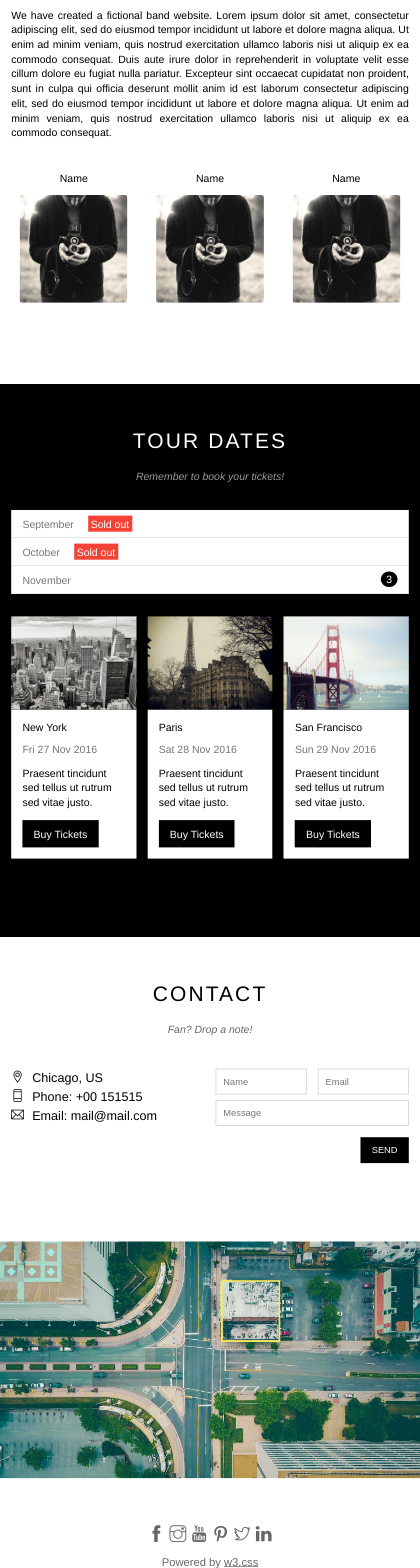
Repository: qhoa25623/The-Band
Page: index.html
An editor plug-in stored every save of this project. The page is shown before and after a run of saves, followed by the edit.
The browser window is 600 px wide. The pictures show the part of the page from y = 501 to 2741 px (the page is 2806 px tall before and 3276 px after), at 70% of full size.

Above is the page before, as saved 2022-05-06 23:24:52.

### index.html
<!DOCTYPE html>
<html lang="en">
  <head>
    <meta charset="UTF-8" />
    <meta http-equiv="X-UA-Compatible" content="IE=edge" />
    <meta name="viewport" content="width=device-width, initial-scale=1.0" />
    <title>The Band</title>
    <link rel="stylesheet" href="./assets/css/styles.css" />
    <link rel="stylesheet" href="./assets/css/responsive.css" />
    <link
      rel="stylesheet"
      href="./assets/fonts/themify-icons/themify-icons.css"
    />
  </head>
  <body>
    <div id="main">
      <div id="header">
        <ul id="nav">
          <li><a href="#">Home</a></li>
          <li><a href="#band">Band</a></li>
          <li><a href="#tour">Tour</a></li>
          <li><a href="#contact">Contact</a></li>
          <li>
            <a href="#">
              More
              <i class="nav-arrow-down ti-angle-down"></i>
            </a>
            <ul class="subnav">
              <li><a href="#">Merchandise</a></li>
              <li><a href="#">Extras</a></li>
              <li><a href="#">Media</a></li>
            </ul>
          </li>
        </ul>
        <div class="search-btn">
          <i class="search-icon ti-search"></i>
        </div>

        <div id="mobile-menu" class="mobile-menu-btn">
          <i class="menu-icon ti-menu"></i>
        </div>
      </div>
      <div id="slider">
        <div class="text-content">
          <h2 class="text-heading">Chicago</h2>
          <div class="text-description">
            Thank you, Chicago - A night we won't forget
          </div>
        </div>
      </div>
      <div id="content">
        <!-- About section-->
        <div id="band" class="content-section">
          <h2 class="section-heading">THE BAND</h2>
          <p class="section-sub-heading">We love music</p>
          <p class="about-text">
            We have created a fictional band website. Lorem ipsum dolor sit
            amet, consectetur adipiscing elit, sed do eiusmod tempor incididunt
            ut labore et dolore magna aliqua. Ut enim ad minim veniam, quis
            nostrud exercitation ullamco laboris nisi ut aliquip ex ea commodo
            consequat. Duis aute irure dolor in reprehenderit in voluptate velit
            esse cillum dolore eu fugiat nulla pariatur. Excepteur sint occaecat
            cupidatat non proident, sunt in culpa qui officia deserunt mollit
            anim id est laborum consectetur adipiscing elit, sed do eiusmod
            tempor incididunt ut labore et dolore magna aliqua. Ut enim ad minim
            veniam, quis nostrud exercitation ullamco laboris nisi ut aliquip ex
            ea commodo consequat.
          </p>
          <div class="row member-list">
            <div class="member-item col col-third text-center">
              <p class="member-name">Name</p>
              <img
                src="./assets/img/band/member1.jpg"
                alt="Name"
                class="member-img"
              />
            </div>
            <div class="member-item col col-third text-center">
              <p class="member-name">Name</p>
              <img
                src="./assets/img/band/member1.jpg"
                alt="Name"
                class="member-img"
              />
            </div>
            <div class="member-item col col-third text-center">
              <p class="member-name">Name</p>
              <img
                src="./assets/img/band/member1.jpg"
                alt="Name"
                class="member-img"
              />
            </div>
          </div>
        </div>

        <!-- Tour section-->
        <div id="tour" class="tour-section">
          <div class="content-section">
            <h2 class="section-heading text-white">TOUR DATES</h2>
            <p class="section-sub-heading text-white">
              Remember to book your tickets!
            </p>
            <ul class="tickets-list">
              <li>September <span class="sold-out">Sold out</span></li>
              <li>October <span class="sold-out">Sold out</span></li>
              <li>November <span class="quantity">3</span></li>
            </ul>
            <!-- Places-->
            <div class="row places-list">
              <div class="col col-third">
                <img
                  src="./assets/img/places/place1.jpg"
                  alt="New York"
                  class="place-img"
                />
                <div class="place-body">
                  <h3 class="place-heading">New York</h3>
                  <p class="place-time">Fri 27 Nov 2016</p>
                  <p class="place-desc">
                    Praesent tincidunt sed tellus ut rutrum sed vitae justo.
                  </p>
                  <a href="#" class="btn">Buy Tickets</a>
                </div>
              </div>

              <div class="col col-third">
                <img
                  src="./assets/img/places/place2.jpg"
                  alt="New York"
                  class="place-img"
                />
                <div class="place-body">
                  <h3 class="place-heading">Paris</h3>
                  <p class="place-time">Sat 28 Nov 2016</p>
                  <p class="place-desc">
                    Praesent tincidunt sed tellus ut rutrum sed vitae justo.
                  </p>
                  <a href="#" class="btn">Buy Tickets</a>
                </div>
              </div>

              <div class="col col-third">
                <img
                  src="./assets/img/places/place3.jpg"
                  alt="New York"
                  class="place-img"
                />
                <div class="place-body">
                  <h3 class="place-heading">San Francisco</h3>
                  <p class="place-time">Sun 29 Nov 2016</p>
                  <p class="place-desc">
                    Praesent tincidunt sed tellus ut rutrum sed vitae justo.
                  </p>
                  <a href="#" class="btn">Buy Tickets</a>
                </div>
              </div>
            </div>
          </div>
        </div>

        <!-- Begin: Contact section-->
        <div id="contact" class="content-section">
          <h2 class="section-heading">CONTACT</h2>
          <p class="section-sub-heading">Fan? Drop a note!</p>
          <div class="row contact-content">
            <div class="col col-half contact-info">
              <p><i class="ti-location-pin"></i>Chicago, US</p>
              <p><i class="ti-mobile"></i>Phone: +00 151515</p>
              <p><i class="ti-email"></i>Email: mail@mail.com</p>
            </div>
            <div class="col col-half contact-form">
              <form action="">
                <div class="row">
                  <div class="col col-half">
                    <input
                      type="text"
                      name=""
                      placeholder="Name"
                      required
                      id=""
                      class="form-control"
                    />
                  </div>
                  <div class="col col-half">
                    <input
                      type="email"
                      name=""
                      placeholder="Email"
                      required
                      id=""
                      class="form-control"
                    />
                  </div>
                </div>
                <div class="row mt-8">
                  <div class="col col-full">
                    <input
                      type="text"
                      name=""
                      placeholder="Message"
                      required
                      id=""
                      class="form-control"
                    />
                  </div>
                </div>
                <input
                  class="btn pull-right mt-16"
                  type="submit"
                  value="SEND"
                />
              </form>
            </div>
          </div>
        </div>
        <!-- End: Contact section-->
        <div class="map-section">
          <img src="./assets/img/map.jpg" alt="Map" />
        </div>
      </div>
      <div id="footer">
        <div class="socials-list">
          <a href=""><i class="ti-facebook"></i></a>
          <a href=""><i class="ti-instagram"></i></a>
          <a href=""><i class="ti-youtube"></i></a>
          <a href=""><i class="ti-pinterest"></i></a>
          <a href=""><i class="ti-twitter"></i></a>
          <a href=""><i class="ti-linkedin"></i></a>
        </div>
        <p class="copyright">Powered by <a href="">w3.css</a></p>
      </div>
    </div>
    <div class="modal">
      <div class="modal-container">
        <div class="modal-close">
          <i class="ti-close"></i>
        </div>
        <header class="modal-header">
          <i class="modal-heading-icon ti-bag"></i>
          Tickets
        </header>
        <div class="modal-body">
          <label for="ticket-quantity" class="modal-label">
            <i class="ti-shopping-cart"></i>
            Tickets, $15 per person
          </label>
          <input
            id="ticket-quantity"
            type="text"
            class="modal-input"
            placeholder="How many?"
          />

          <label for="ticket-email" class="modal-label">
            <i class="ti-user"> </i>
            Send to
          </label>
          <input id="ticket-emailtype="text" class="modal-input"
          placeholder="Enter email" />

          <button id="buy-tickets">
            Pay
            <i class="ti-check"></i>
          </button>
        </div>
        <footer class="modal-footer">
          <p class="modal-help">Need <a href="">help?</a></p>
        </footer>
      </div>
    </div>
    <script>
      var header = document.getElementById("header");
      var mobileMenu = document.getElementById("mobile-menu");
      var headerHeight = header.clientHeight;

      // Đóng mở Mobile menu
      mobileMenu.onclick = function () {
        var isClosed = header.clientHeight === headerHeight;
        if (isClosed) {
          header.style.height = "auto";
        } else {
          header.style.height = null;
        }
      };

      // Tự động đóng khi chọn Menu
      var menuItems = document.querySelectorAll('#nav li a[href*="#"]');
      for (var i = 0; i < menuItems.length; i++) {
        var menuItem = menuItems[i];

        menuItem.onclick = function (event) {
          var isParentMenu =
            this.nextElementSibling &&
            this.nextElementSibling.classList.contains("subnav");
          if (isParentMenu) {
            event.preventDefault();
          } else {
            header.style.height = null;
          }
        };
      }
    </script>
  </body>
</html>

### assets/css/styles.css
/* Reset CSS */
* {
  padding: 0;
  margin: 0;
  box-sizing: border-box;
}
html {
  scroll-behavior: smooth;
  font-family: Helvetica, Arial, sans-serif;
}
.clear {
  clear: both;
}
.text-white {
  color: #fff !important;
}
.text-center {
  text-align: center !important;
}
.pull-right {
  float: right;
}
.btn {
  color: #fff;
  background-color: #000;
  text-decoration: none;
  display: inline-block;
  margin-top: 15px;
  padding: 11px 16px;
  border: none;
}
.btn:hover {
  cursor: pointer;
  color: #000;
  background-color: #ccc;
}
.mt-8 {
  margin-top: 8px !important;
}
.mt-16 {
  margin-top: 16px !important;
}
.row {
  margin-left: -8px;
  margin-right: -8px;
}
.row::after {
  content: "";
  display: block;
  clear: both;
}
.col {
  padding-left: 8px;
  padding-right: 8px;
  float: left;
}
.col-full {
  width: 100%;
}
.col-half {
  width: 50%;
}
.col-third {
  width: calc(100% / 3);
}
#main {
}
#header {
  position: fixed;
  top: 0;
  left: 0;
  right: 0;
  height: 46.5px;
  background-color: #000;
  z-index: 1;
  overflow: hidden;
}
#nav {
  display: inline-block;
}
#nav,
.subnav {
  list-style-type: none;
}
#nav > li {
  display: inline-block;
}
#nav li {
  position: relative;
}
#nav > li > a {
  color: #fff;
  text-transform: uppercase;
}
#nav li a {
  text-decoration: none;
  line-height: 46.5px;
  padding: 0 24px;
  display: block;
}
#nav li:hover .subnav {
  display: block;
}
#nav > li:hover > a,
#nav .subnav li:hover a {
  color: #000;
  background-color: #ccc;
}
#nav .subnav {
  min-width: 160px;
  top: 100%;
  left: 0;
  display: none;
  position: absolute;
  background-color: #fff;
  box-shadow: 0 0 10px rgba(0, 0, 0, 0.3);
}
#nav .subnav a {
  color: #000;
  padding: 0 16px;
  line-height: 38.5px;
}
#nav .nav-arrow-down {
  font-size: 14px;
}
#header .mobile-menu-btn{
  position:absolute;
  top: 0;
  right: 0;
  display:none;
}
#header .mobile-menu-btn,
#header .search-btn {
  float: right;
  padding: 0 21px;
}
#header .search-btn:hover {
  cursor: pointer;
  background-color: #f44336;
}
#header .mobile-menu-btn:hover {
  background-color: #ccc;
}
#header .mobile-menu-btn:hover .menu-icon {
  color: #000;
}
#header .menu-icon,
#header .search-icon {
  color: #fff;
  font-size: 20px;
  line-height: 46.5px;
}
#slider {
  position: relative;
  margin-top: 46.5px;
  padding-top: 50%;
  background: url("/assets/img/slider/slider1.jpg") top center / cover no-repeat;
}
#slider .text-content {
  position: absolute;
  bottom: 47px;
  color: #fff;
  left: 50%;
  transform: translateX(-50%);
  text-align: center;
}
#slider .text-heading {
  font-weight: 500;
  font-size: 24px;
}
#slider .text-description {
  font-size: 15px;
  margin-top: 25px;
}
#content {
}
#content .content-section {
  width: 800px;
  max-width: 100%;
  padding: 64px 0 112px;
  margin-left: auto;
  margin-right: auto;
  padding-left: 16px;
  padding-right: 16px;
}
#content .section-heading {
  font-weight: 500;
  text-align: center;
  font-size: 30px;
  letter-spacing: 3px;
}
#content .section-sub-heading {
  text-align: center;
  font-size: 15px;
  margin-top: 25px;
  font-style: italic;
  opacity: 0.6;
}
#content .about-text {
  font-size: 15px;
  margin-top: 25px;
  text-align: justify;
  line-height: 1.4;
}
#content .member-list {
  margin-top: 47px;
}
#content .member-name {
  font-size: 15px;
}
#content .member-img {
  margin-top: 15px;
  width: 154px;
  border-radius: 4px;
}

.tour-section {
  background: #000;
}
.tickets-list {
  background-color: #fff;
  list-style: none;
  margin-top: 40px;
}
.tickets-list li {
  color: rgb(117, 117, 117);
  font-size: 15px;
  padding: 11px 16px;
  border-bottom: 1px solid rgb(221, 221, 221);
}
.tickets-list .sold-out {
  color: #ffffff;
  background-color: #f44336;
  padding: 3px 4px;
  margin: 0 0 0 16px;
}
.tickets-list .quantity {
  float: right;
  width: 24px;
  height: 22.5px;
  background-color: #000;
  border-radius: 50%;
  text-align: center;
  color: #fff;
  line-height: 22.5px;
  margin-top: -3px;
}
.places-list {
  margin-top: 32px;
}
.place-img {
  width: 100%;
  display: block;
}
.place-img:hover {
  opacity: 0.6;
}
.place-body {
  background-color: #fff;
  padding: 16px 16px;
  font-size: 15px;
}
.place-heading {
  font-size: 15px;
  font-weight: 550;
}
.place-time {
  margin-top: 15px;
  color: #757575;
}
.place-desc {
  margin-top: 15px;
  line-height: 1.4;
}

.modal {
  position: fixed;
  top: 0;
  right: 0;
  left: 0;
  bottom: 0;
  background: rgba(0, 0, 0, 0.4);
  display: none;
  align-items: center;
  justify-content: center;
}
.modal-container {
  background: #fff;
  width: 900px;
  min-height: 200px;
  position: relative;
  max-width: calc(100%-32px);
}

.modal-header {
  background: #009688;
  height: 130px;
  display: flex;
  align-items: center;
  justify-content: center;
  font-size: 30px;
  color: #fff;
}
.modal-heading-icon {
  margin-right: 16px;
}
.modal-close {
  position: absolute;
  right: 0;
  top: 0;
  color: #fff;
  padding: 16px;
  cursor: pointer;
}
.modal-close:hover {
  color: #000;
  background-color: #ccc;
}
.modal-body {
  padding: 16px;
}
.modal-label {
  display: block;
  margin-bottom: 15px;
}
.modal-input {
  border: 1px solid #ccc;
  width: 100%;
  font-size: 15px;
  padding: 10px;
  margin-bottom: 15px;
}
#buy-tickets {
  background-color: #009688;
  border: none;
  font-size: 15px;
  color: #fff;
  width: 100%;
  text-transform: uppercase;
  padding: 18px;
  cursor: pointer;
}
#buy-tickets:hover {
  color: #000;
  background-color: #ccc;
}
.contact-content {
  margin-top: 48px;
}
.contact-info {
  font-size: 18px;
  line-height: 1.5;
}
.contact-info i[class*="ti-"] {
  display: inline-block;
  width: 30px;
}
.contact-form {
  font-size: 15px;
}
.contact-form .form-control {
  padding: 10px;
  border: 1px solid #ccc;
  width: 100%;
  outline: none;
}
.map-section img {
  width: 100%;
}
.modal-footer {
  padding: 16px;
  text-align: right;
}
.modal-footer a {
  color: #2196f3;
}
#footer {
  padding: 64px 16px;
  text-align: center;
}
#footer .socials-list {
  font-size: 24px;
}
#footer .socials-list a {
  color: rgba(0, 0, 0, 0.6);
  text-decoration: none;
}
#footer .copyright a:hover,
#footer .socials-list a:hover {
  color: rgba(0, 0, 0, 0.4);
}
#footer .copyright {
  margin-top: 15px;
  color: rgba(0, 0, 0, 0.6);
}
#footer .copyright a {
  color: rgba(0, 0, 0, 0.6);
}

### assets/css/responsive.css
/* PC */
@media (min-width: 1024px) {
}

/* Tablet */
@media (min-width: 740px) and (max-width: 1023px) {
}
/* Mobile */
@media (max-width: 739px) {
  #header {
    overflow: hidden;
  }
  #header .mobile-menu-btn {
    display: block;
  }
  #header .search-btn {
    display: none;
  }
  #nav {
    display: block;
  }
  #nav li a {
    padding: 1px 24px;
  }
  #nav > li {
    display: block;
  }
  #nav > li:first-child {
    display: inline-block;
  }
  #nav .subnav {
    position: initial;
    background-color: #333;
  }
  #nav .subnav a {
    color: #fff;
    padding: 5px 41px;
  }
  #content .member-item{
    margin-top:
  }
}

Loaded but not shown: assets/fonts/themify-icons/themify-icons.css (common file)

After the next 2 saves:
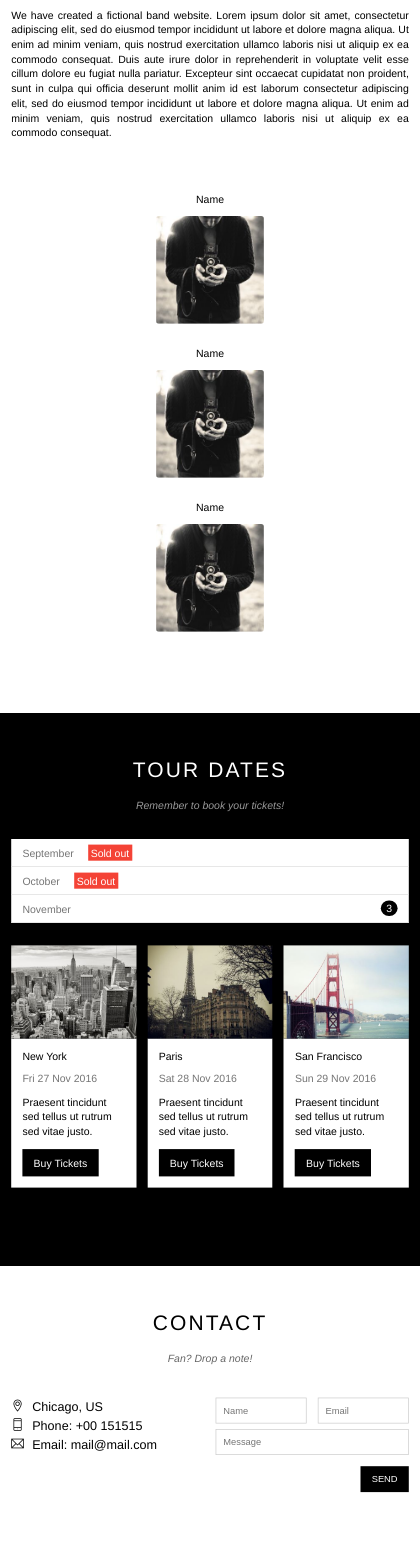
The 2 saves are shown as one change because they came seconds apart.
The last was saved 7 s later.
--- a/assets/css/responsive.css
+++ b/assets/css/responsive.css
@@ -37,6 +37,7 @@
     padding: 5px 41px;
   }
   #content .member-item{
-    margin-top:
+    margin-top:30px;
+    width:100%;
   }
 }
